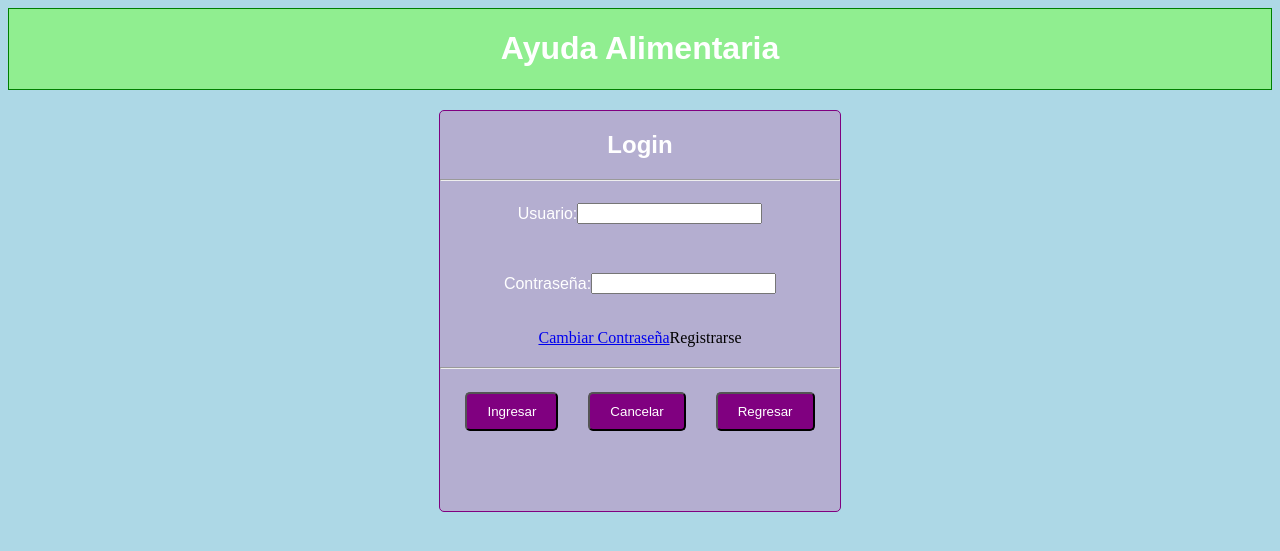
Repository: sonicspeed1/examen1_codigo_bryansantillan
Page: http://localhost/examen_1_bryan_santillan/Login.jsp
The author's editor kept a copy of each file at every save. The page is drawn from the files as they stood at one save, then again after the next save.
The browser window is 1280 px wide. The pictures show the whole page.
The page is served by Tomcat 9.

Above is the page before, as saved 2024-05-25 17:24:38.

After the next save:
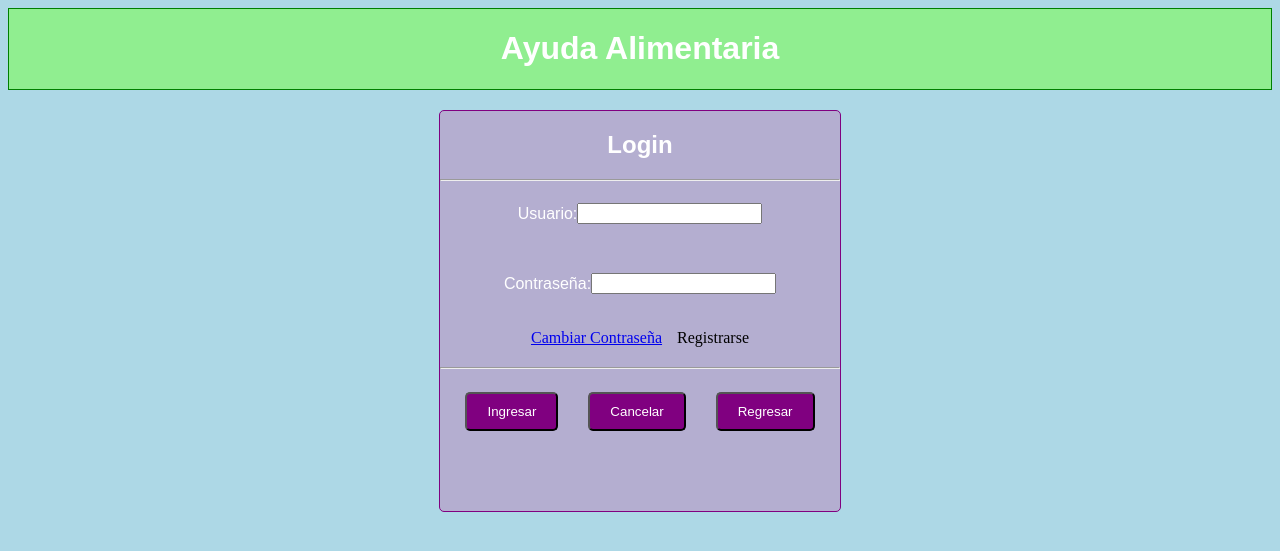
Saved 1 s later.
--- a/examen_1_bryan_santillan/src/main/webapp/estilo.css
+++ b/examen_1_bryan_santillan/src/main/webapp/estilo.css
@@ -68,3 +68,6 @@
 	margin: 15px;
 	font-family: 'Comic Sans MS', cursive, sans-serif;
 }
+.hiper{
+	margin-right: 15px;
+}
